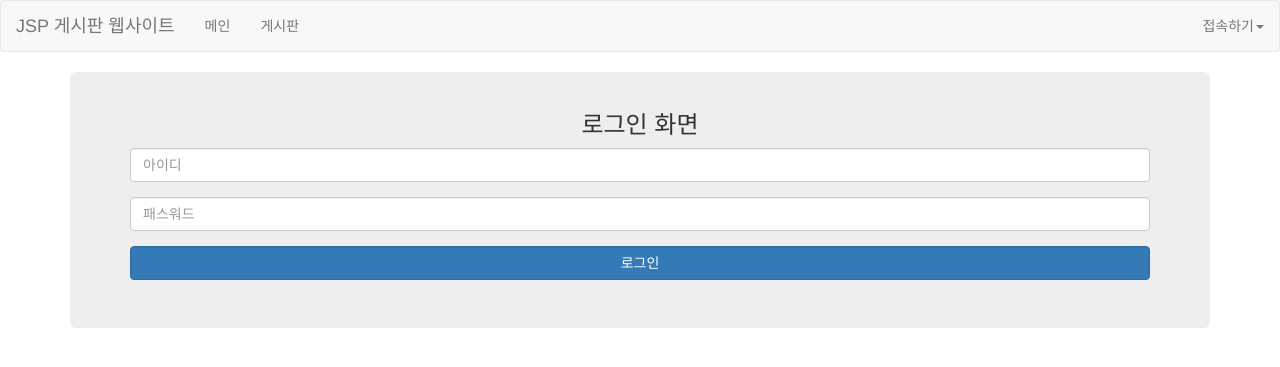
Repository: sinsungeun/for_webprogrammer
Page: http://localhost/BBS/login.jsp
An editor plug-in stored every save of this project. The page is shown before and after the next save, followed by the edit.
The browser window is 1280 px wide. The pictures show the whole page.
The page is served by Tomcat 9. Other server files are loaded and not shown.

Above is the page before, as saved 2020-03-26 07:56:45.

### BBS/WebContent/login.jsp
<%@ page language="java" contentType="text/html; charset=UTF-8"
    pageEncoding="UTF-8"%>
<!DOCTYPE html>
<html>
<head>
<meta http-equiv="Content-Type" content="text/html; charset=UTF-8">
<meta name="viewport" content="width=device-width", initial-scale="1">
<link rel="stylesheet" href="css/bootstrap.css">
<title>JSP 게시판 웹 사이트</title>
</head>
<body>
	<nav class="navbar navbar-default">
		<div class="navbar-header">
			<button type="button" class="navbar-toggle collapsed"
				data-toggle="collapse" data-target="#bs-example-navbar-collapse-1"
				aria-expanded="false">
				<span class="icon-bar"></span>
				<span class="icon-bar"></span>
				<span class="icon-bar"></span>
			</button>
			<a class="navbar-brand" href="main.jsp">JSP 게시판 웹사이트</a>
		</div>
		<div class="collapse navbar-collapse" id="bs-example-navbar-collapse-1">
			<ul class="nav navbar-nav">
				<li><a href="main.jsp">메인</a></li>
				<li><a href="bbs.jsp">게시판</a></li>
			</ul>
			<ul class="nav navbar-nav navbar-right">
				<li class="dropdown">
					<a href="#" class="dropdown-toggle"
						data-toggle="dropdown" role="button" aria-haspopup="true"
						aria-expanded="false">접속하기<span class="caret"></span></a>
					<ul class="dropdown-menu">
						<li class="active"><a href="login.jsp">로그인</a></li>
						<li><a href="join.jsp">회원가입</a></li>
					</ul>
				</li>
			</ul>
		</div>
	</nav>
	<div class="container">
		<div calss="col-lg-4"></div>
		<div calss="col-lg-4">
			<div class="jumbotron" style="padding-top: 20px;">
				<form method="post" action="loginAction.jsp">
					<h3 style="text-align: center;">로그인 화면</h3>
					<div class="form-group">
						<input type="text" class="form-control" placeholder="아이디" name="userID" maxlength="20">
					</div>
					<div class="form-group">
						<input type="password" class="form-control" placeholder="패스워드" name="userPassword" maxlength="20">
					</div>
					<input type="submit" class="btn btn-primary form-control" value="로그인">
				</form>
			</div>
		</div>

	</div>
	<script src="https://ajax.aspnetcdn.com/ajax/jQuery/jquery-3.3.1.min.js"></script>
	<script src="js/bootstrap.js"></script>
</html>

Loaded but not shown: BBS/WebContent/css/bootstrap.css (library); BBS/WebContent/js/bootstrap.js (library)

After the next save:
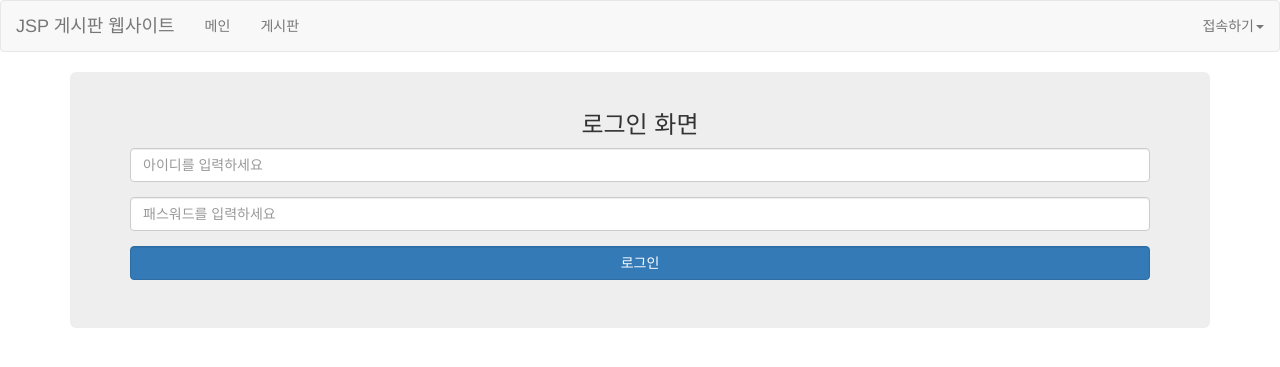
Saved 41 s later.
--- a/BBS/WebContent/login.jsp
+++ b/BBS/WebContent/login.jsp
@@ -45,10 +45,10 @@
 				<form method="post" action="loginAction.jsp">
 					<h3 style="text-align: center;">로그인 화면</h3>
 					<div class="form-group">
-						<input type="text" class="form-control" placeholder="아이디" name="userID" maxlength="20">
+						<input type="text" class="form-control" placeholder="아이디를 입력하세요" name="userID" maxlength="20">
 					</div>
 					<div class="form-group">
-						<input type="password" class="form-control" placeholder="패스워드" name="userPassword" maxlength="20">
+						<input type="password" class="form-control" placeholder="패스워드를 입력하세요" name="userPassword" maxlength="20">
 					</div>
 					<input type="submit" class="btn btn-primary form-control" value="로그인">
 				</form>
